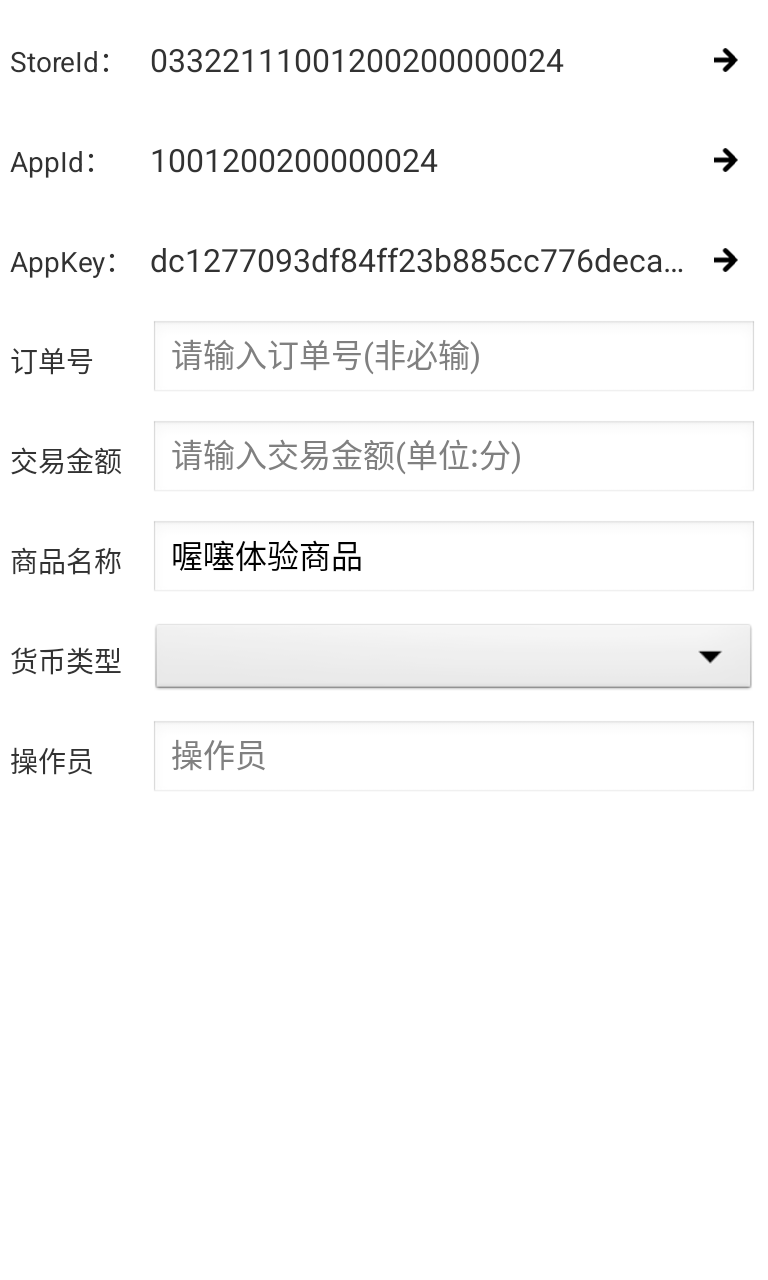
Repository: blanks1314/sysnc_android
Layout: UpayDemo/res/layout/fragment_setting.xml
The author's editor kept a copy of each file at every save. The layout is drawn from the files as they stood at one save, then again after the next save.
It is drawn on a 768 x 1280 px phone screen (xhdpi) without system bars, with theme AppTheme; the app's code is not run.

Above is the layout before, as saved 2015-04-28 05:48:55.

### UpayDemo/res/layout/fragment_setting.xml
<?xml version="1.0" encoding="utf-8"?>
<LinearLayout xmlns:android="http://schemas.android.com/apk/res/android"
    android:layout_width="match_parent"
    android:layout_height="match_parent"
    android:orientation="vertical" >

    <LinearLayout style="@style/linear_style_1" >

        <TextView
            android:layout_width="70dp"
            android:layout_height="wrap_content"
            android:text="StoreId：" />

        <TextView
            android:id="@+id/tv_storeId"
            style="@style/text_style_1"
            android:text="03322111001200200000024" />

        <ImageView
            style="@style/img_btn_1"
            android:src="@drawable/arrow_right" />
    </LinearLayout>

    <LinearLayout style="@style/linear_style_1" >

        <TextView
            android:layout_width="70dp"
            android:layout_height="wrap_content"
            android:text="AppId：" />

        <TextView
            android:id="@+id/tv_appId"
            style="@style/text_style_1"
            android:text="1001200200000024" />

        <ImageView
            style="@style/img_btn_1"
            android:src="@drawable/arrow_right" />
    </LinearLayout>

    <LinearLayout style="@style/linear_style_1" >

        <TextView
            android:layout_width="70dp"
            android:layout_height="wrap_content"
            android:text="AppKey：" />

        <TextView
            android:id="@+id/tv_appKey"
            style="@style/text_style_1"
            android:text="dc1277093df84ff23b885cc776deca13"
            android:ellipsize="end"
            android:singleLine="true"/>

        <ImageView
            style="@style/img_btn_1"
            android:src="@drawable/arrow_right" />
    </LinearLayout>

    <LinearLayout style="@style/linear_style_1" >

        <TextView
            android:layout_width="70dp"
            android:layout_height="wrap_content"
            android:text="订单号" />

        <EditText
            android:id="@+id/tv_orderId"
            style="@style/edit_style_1"
            android:hint="请输入订单号(非必输)"/>

    </LinearLayout>

    <LinearLayout style="@style/linear_style_1" >

        <TextView
            android:layout_width="70dp"
            android:layout_height="wrap_content"
            android:text="交易金额" />

        <EditText
            android:id="@+id/tv_amount"
            style="@style/edit_style_1"
            android:hint="请输入交易金额(单位:分)"/>

    </LinearLayout>

    <LinearLayout style="@style/linear_style_1" >

        <TextView
            android:layout_width="70dp"
            android:layout_height="wrap_content"
            android:text="商品名称" />

        <EditText
            android:id="@+id/tv_subject"
            style="@style/edit_style_1"
            android:text="喔噻体验商品"/>

    </LinearLayout>

    <LinearLayout style="@style/linear_style_1" >

        <TextView
            android:layout_width="70dp"
            android:layout_height="wrap_content"
            android:text="货币类型" />

        <Spinner android:id="@+id/spn_currType"
            style="@style/spn_style_1"
            />

    </LinearLayout>

    <LinearLayout style="@style/linear_style_1" >

        <TextView
            android:layout_width="70dp"
            android:layout_height="wrap_content"
            android:text="操作员" />

        <EditText
            android:id="@+id/tv_operator"
            style="@style/edit_style_1"
            android:hint="操作员"/>

    </LinearLayout>




</LinearLayout>

### UpayDemo/res/values/styles.xml
<resources xmlns:android="http://schemas.android.com/apk/res/android">

    <!--
        Base application theme, dependent on API level. This theme is replaced
        by AppBaseTheme from res/values-vXX/styles.xml on newer devices.




    -->
    <style name="AppBaseTheme" parent="Theme.AppCompat.Light">
        <!--
            Theme customizations available in newer API levels can go in
            res/values-vXX/styles.xml, while customizations related to
            backward-compatibility can go here.




        -->
    </style>

    <!-- Application theme. -->
   <!--  <style name="AppTheme" parent="AppBaseTheme">
        All customizations that are NOT specific to a particular API-level can go here.
    </style> -->

    <style name="AppTheme" parent="Theme.AppCompat.Light">
        <item name="tabView">@style/TabView</item>
        <item name="tabPageIndicator">@style/TabIndicator</item>
    </style>

    <style name="TabIndicator" />

    <style name="TabView">
        <item name="android:addStatesFromChildren">true</item>
        <item name="android:orientation">vertical</item>
        <item name="android:gravity">bottom|center_horizontal</item>
        <item name="android:layout_width">0dp</item>
        <item name="android:background">@android:color/white</item>
        <item name="android:layout_height">match_parent</item>
    </style>

    <style name="text_style_1">
        <item name="android:textSize">16sp</item>
        <item name="android:layout_width">0dp</item>
        <item name="android:layout_weight">1</item>
        <item name="android:layout_height">fill_parent</item>
        <item name="android:gravity">center_vertical</item>
        <item name="android:ellipsize">marquee</item>
        <item name="android:singleLine">true</item>
    </style>
    <style name="edit_style_1">
        <item name="android:textSize">16sp</item>
        <item name="android:layout_width">0dp</item>
        <item name="android:layout_weight">1</item>
        <item name="android:layout_height">fill_parent</item>
        <item name="android:gravity">center_vertical</item>
    </style>

    <style name="spn_style_1">
        <item name="android:textSize">10sp</item>
        <item name="android:layout_width">0dp</item>
        <item name="android:layout_weight">0.5</item>
        <item name="android:layout_height">fill_parent</item>
        <item name="android:gravity">center_vertical</item>
    </style>

    <style name="linear_style_1">
        <item name="android:layout_width">match_parent</item>
        <item name="android:gravity">center_vertical</item>
        <item name="android:layout_height">40dp</item>
        <item name="android:orientation">horizontal</item>
        <item name="android:layout_marginLeft">5dp</item>
        <item name="android:layout_marginRight">5dp</item>
        <item name="android:layout_marginTop">10dp</item>
    </style>

    <style name="img_btn_1">
        <item name="android:layout_width">wrap_content</item>
        <item name="android:layout_height">wrap_content</item>
        <item name="android:padding">10dp</item>

    </style>

</resources>

### UpayDemo/res/values/attrs.xml
<?xml version="1.0" encoding="utf-8"?>
<resources>
    <declare-styleable name="TabView">
        <attr name="tabPageIndicator" format="reference" />
        <attr name="tabView" format="reference" />
    </declare-styleable>

    <string-array name="currTypes">
        <item >156</item>
    </string-array>
</resources>

Loaded but not shown: UpayDemo/res/values-v11/styles.xml (common file); UpayDemo/res/values-v14/styles.xml (common file); UpayDemo/res/values/values.xml (657 lines, source omitted)

After the next save:
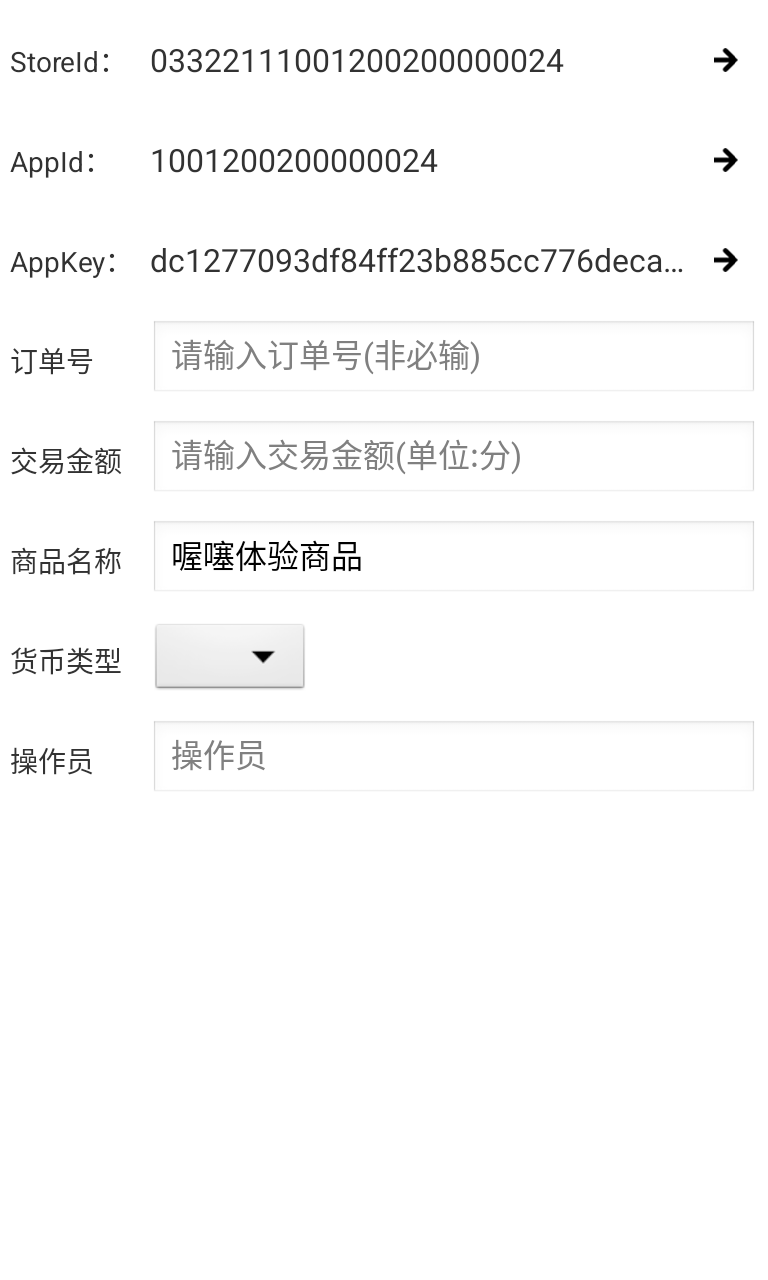
Saved 38 s later.
--- a/UpayDemo/res/values/styles.xml
+++ b/UpayDemo/res/values/styles.xml
@@ -60,8 +60,7 @@
 
     <style name="spn_style_1">
         <item name="android:textSize">10sp</item>
-        <item name="android:layout_width">0dp</item>
-        <item name="android:layout_weight">0.5</item>
+        <item name="android:layout_width">wrap_content</item>
         <item name="android:layout_height">fill_parent</item>
         <item name="android:gravity">center_vertical</item>
     </style>
